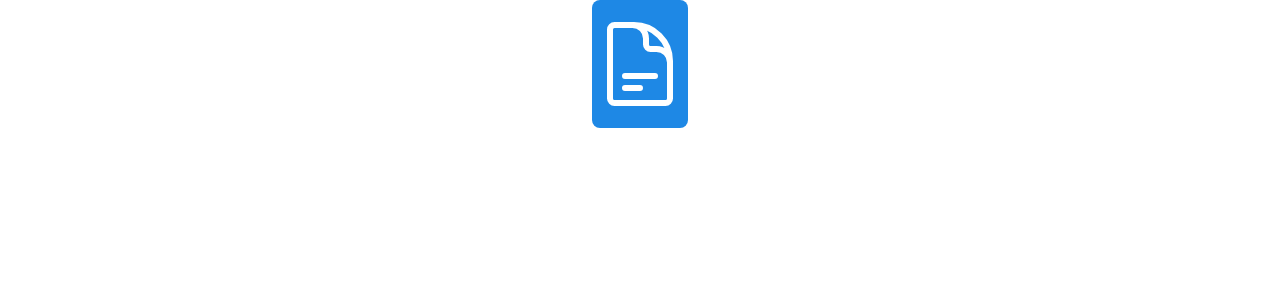
Repository: melsonic/melsonic-docs
Page: /
These files come from the project's save history. The page is drawn as it stood at one moment and after the next save; the edit follows.
The browser window is 1280 px wide. The pictures show the whole page.
The page's requests for data from a server got no answer. The project was rebuilt for these pictures with package versions that can differ from the ones it lists, and the page was loaded fresh each time. The framework's server and built-in components were replaced by stand-ins that run in the browser. No one was signed in, and anything a server would have sent is missing. Also part of the build but not shown: next.config.js, styles/Home.module.css, components/SearchBar.jsx, components/Header.jsx, components/Template.jsx, components/RecentDocuments.jsx.

Above is the page before, as saved 2022-09-14 00:19:16.

### pages/_app.js
import '../styles/globals.css'
import { ThemeProvider } from "@material-tailwind/react";
import { SessionProvider } from "next-auth/react"

function MyApp({ Component, pageProps: { session, ...pageProps } }) {
  return (
    <SessionProvider session={session}>
      <ThemeProvider>
        <Component {...pageProps} />
      </ThemeProvider>
    </SessionProvider>
  )
}

export default MyApp

### pages/index.js
import Head from 'next/head'
import Image from 'next/image'
import styles from '../styles/Home.module.css'
import Header from '../components/Header'
import Template from '../components/Template'
import RecentDocuments from '../components/RecentDocuments'
import { useSession, getSession } from 'next-auth/react'
import Login from '../components/Login'

export default function Home() {

  const { data, status } = useSession();

  // if(status == 'authenticates'){
    return(
      <>
        <Login />
      </>
    )
  // }

  return (
    <div>
      <Head>
        <title>Google Docs</title>
      </Head>

      {/* header */}
      <Header />

      {/* template */}
      <section >
        <div className="bg-gray-100">
          <Template />
        </div>
      </section>

      {/* documents */}
      <section>
        <RecentDocuments />
      </section>

    </div>
  )
}

### components/Login.jsx
import { IconButton } from "@material-tailwind/react";
import { DocumentTextIcon } from "@heroicons/react/24/outline";

function Login() {
  return (
    <div className="flex flex-row justify-center items-center">
      <div>
        <DocumentTextIcon className="text-white h-32 w-24 bg-blue-600 rounded-lg" />
      </div>
    </div>
  );
}

export default Login;

### tailwind.config.js
/** @type {import('tailwindcss').Config} */
const withMT = require("@material-tailwind/react/utils/withMT");

module.exports = withMT({
  content: [
    "./pages/**/*.{js,ts,jsx,tsx}",
    "./components/**/*.{js,ts,jsx,tsx}",
  ],
  theme: {
    extend: {},
  },
  plugins: [],
});

Loaded but not shown: styles/globals.css (common file)

After the next save:
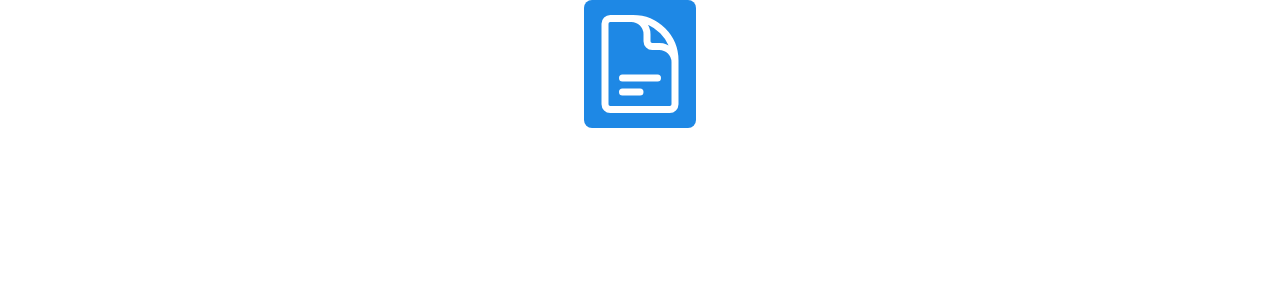
Saved 4 s later.
--- a/components/Login.jsx
+++ b/components/Login.jsx
@@ -5,7 +5,7 @@
   return (
     <div className="flex flex-row justify-center items-center">
       <div>
-        <DocumentTextIcon className="text-white h-32 w-24 bg-blue-600 rounded-lg" />
+        <DocumentTextIcon className="text-white h-32 w-28 bg-blue-600 rounded-lg" />
       </div>
     </div>
   );
